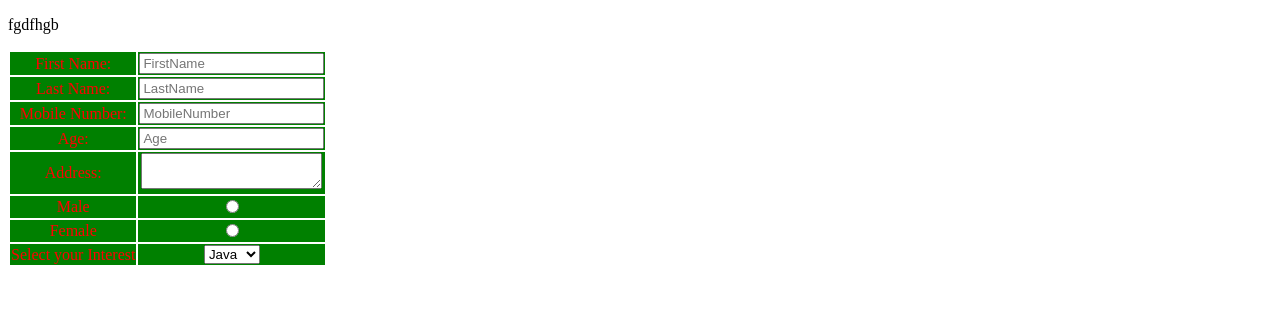
Repository: Ganesh281996/Ganesh
Page: BasicHtml/WebContent/Login.html
An editor plug-in stored every save of this project. The page is shown before and after the next save, followed by the edit.
The browser window is 1280 px wide. The pictures show the whole page.

Above is the page before, as saved 2018-03-28 05:27:01.

### BasicHtml/WebContent/Login.html
<!DOCTYPE html>
<html>
<head>
<meta charset="UTF-8">
<title>Nothing to See</title>
<link rel="stylesheet" type="text/css" href="design.css">
<script src="/home/bridgeit/Ganesh/BasicHtml/Files/validate.js"></script>
</head>
<body>

<p class="paragraph" >fgdfhgb</p>
	<form action="return validate()" >
		<table>
			<tr>
				<td>First Name:</td>
				<td><input id="FirstName" placeholder="FirstName"></td>
			</tr>
			<tr>
				<td>Last Name:</td>
				<td><input id="LastName" placeholder="LastName"></td>
			</tr>
			<tr>
				<td>Mobile Number:</td>
				<td><input id="Mobile" placeholder="MobileNumber"></td>
			</tr>
			<tr>
				<td>Age:</td>
				<td><input id="Age" placeholder="Age"></td>
			</tr>
			<tr>
				<td>Address:</td>
				<td><textarea id="Address" placeholder="Address">  </textarea></td>
			</tr>
			<tr>
				<td>Male</td>
				<td><input type="radio" name="Gender" value="Male"></td>
			</tr>
			<tr>
				<td>Female</td>
				<td><input type="radio" name="Gender" value="Female"></td>
			</tr>
			<tr>
				<td>Select your Interest</td>
				<td><select>
						<option value="Java">Java</option>
						<option value=".Net">.Net</option>
						<option value="C++">C++</option>
						<option value="Mean">Mean</option>
				</select></td>
			</tr>
		</table>
	</form>
</body>
</html>

### BasicHtml/WebContent/design.css
@CHARSET "UTF-8";
tr {
	background-color: green;
}
table
{
border: 20px;
align: right;
}
td {
	text-align: center;
	color: red;
}

### BasicHtml/WebContent/validate.js
/**
 *
 */
var validate=function()
{
	var firstName=document.getElementById("FirstName");
	var lastName=document.getElementById("LastName");
	var mobile=document.getElementById("MobileNumber");
	var age=document.getElementById("Age");
	var address=document.getElementById("Address");
	document.getElementByClass("paragraph").innerHTML="nothing";
}

After the next save:
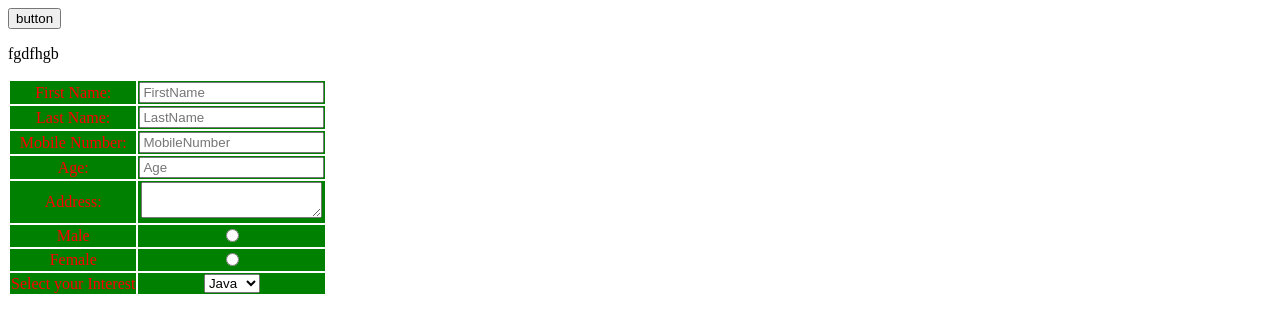
Saved 41 s later.
--- a/BasicHtml/WebContent/Login.html
+++ b/BasicHtml/WebContent/Login.html
@@ -7,7 +7,7 @@
 <script src="/home/bridgeit/Ganesh/BasicHtml/Files/validate.js"></script>
 </head>
 <body>
-
+	<button onclick="validate()">button</button>
 <p class="paragraph" >fgdfhgb</p>
 	<form action="return validate()" >
 		<table>
